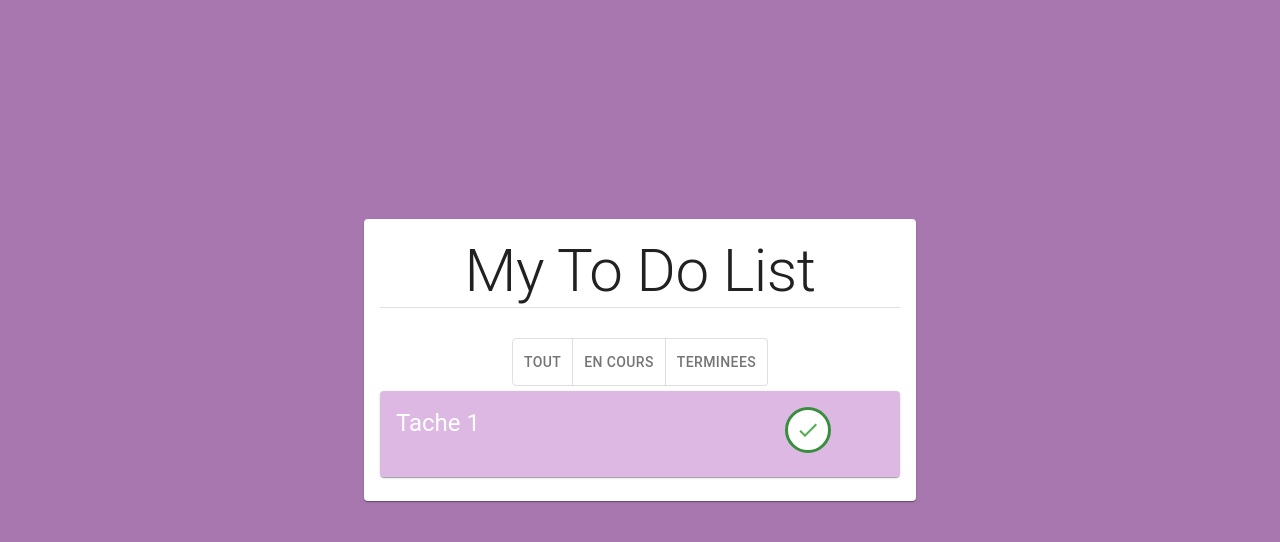
Repository: Fathiyasmine/Todo-list-project
Page: /
An editor plug-in stored every save of this project. The page is shown before and after the next save, followed by the edit.
The browser window is 1280 px wide. The pictures show the whole page.
The project was rebuilt for these pictures with package versions that can differ from the ones it lists, and the page was loaded fresh each time.

Above is the page before, as saved 2025-12-07 18:32:46.

After the next save:
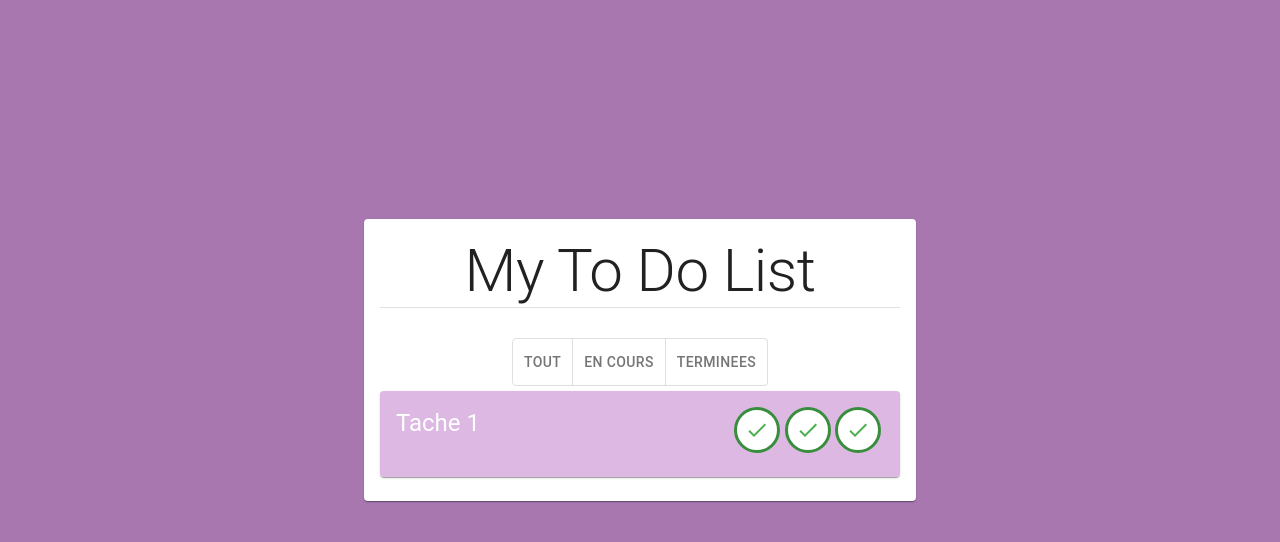
Saved 13 s later.
--- a/src/components/Todo.js
+++ b/src/components/Todo.js
@@ -33,6 +33,30 @@ export default function Todo() {
               >
                 <CheckIcon />
               </IconButton>{" "}
+              <IconButton
+                aria-label="delete"
+                disabled
+                color="primary"
+                style={{
+                  color: "#4CAF50",
+                  background: "white",
+                  border: "solid 3px #388E3C",
+                }}
+              >
+                <CheckIcon />
+              </IconButton>{" "}
+              <IconButton
+                aria-label="delete"
+                disabled
+                color="primary"
+                style={{
+                  color: "#4CAF50",
+                  background: "white",
+                  border: "solid 3px #388E3C",
+                }}
+              >
+                <CheckIcon />
+              </IconButton>{" "}
             </Grid>
             {/*Action buttons */}
           </Grid>
